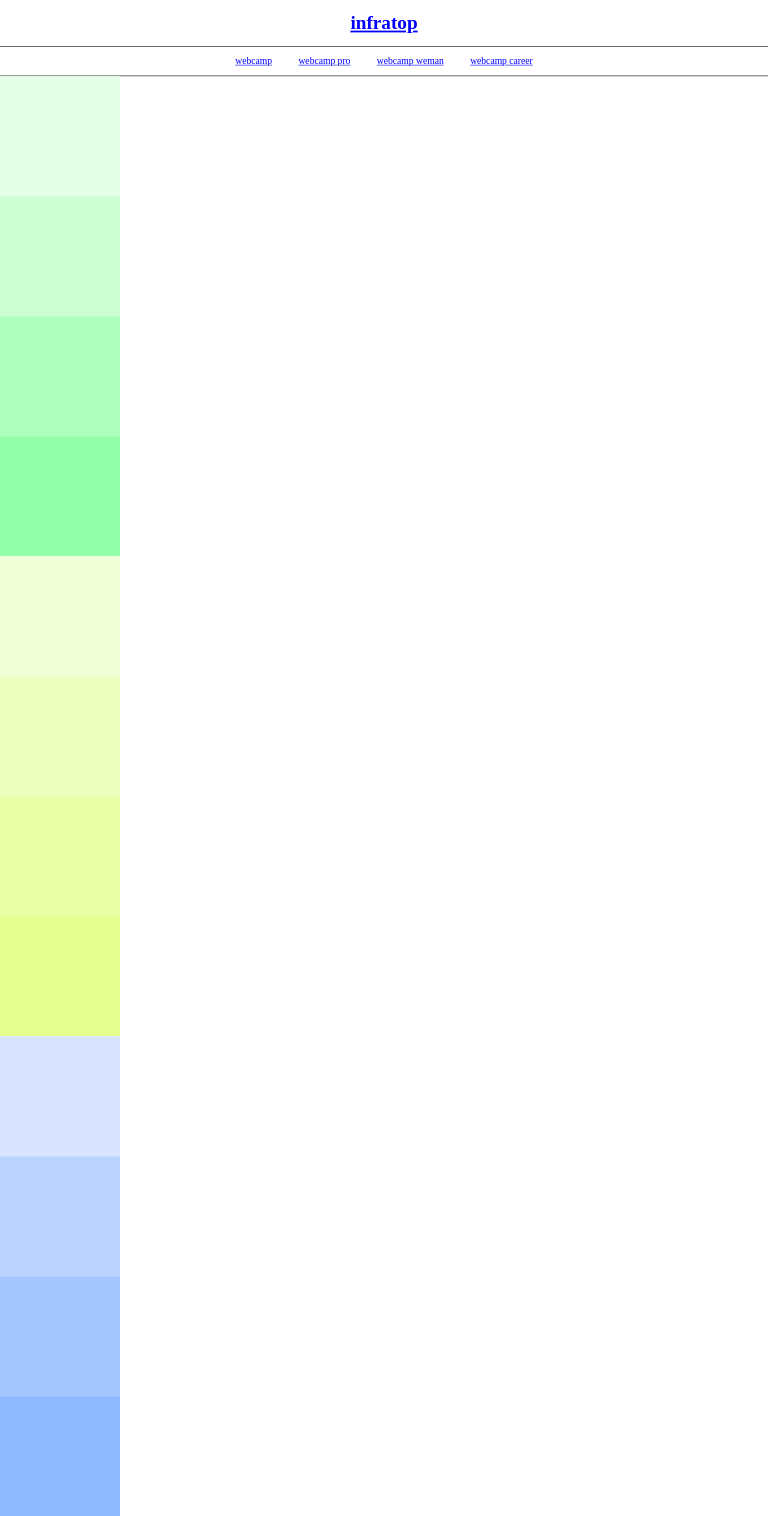
Repository: souta-miura/git-practice
Page: 1-5演習/1-5.html
The author's editor kept a record of every edit. The page is drawn from the files as they stood at one moment, then again after the next edit.
The browser window is 1280 px wide. The pictures show the whole page, at 60% of full size.

Above is the page before.

### 1-5演習/1-5.html
<!DOCTYPE html>
<html lang="ja">
  <head>
      <meta charset="UTF-8" />
      <link rel="stylesheet" href="1-5.css" />
      <title>chapter5</title>
  </head>

  <body>
      <header>
          <h1 class="heading">
              <a href="1-5.html">
                  infratop
              </a>
          </h1>
      </header>
      <nav>
          <ul class="nav-list">
              <li class="nav-list-item">
                <a href="1-5.html">webcamp</a>
              </li>
              <li class="nav-list-item">
                <a href="1-5.html">webcamp pro</a>
              </li>
              <li class="nav-list-item">
                <a href="1-5.html">webcamp weman</a>
              </li>
              <li class="nav-list-item">
                <a href="1-5.html">webcamp career</a>
              </li>
          </ul>
      </nav>
      <div class="main1">
        <div class="g1"></div>
        <div class="g2"></div>
        <div class="g3"></div>
        <div class="g4"></div>
        <div class="y1"></div>
        <div class="y2"></div>
        <div class="y3"></div>
        <div class="y4"></div>
        <div class="b1"></div>
        <div class="b2"></div>
        <div class="b3"></div>
        <div class="b4"></div>
  </body>
</html>

### 1-5演習/1-5.css
* {
  margin: 0;
  padding: 0;
  box-sizing: border-box;
}

a {
  color: blue;
}

header {
  width: 90%;
  padding: 20px 0;
  margin: 0 auto;
  text-align: center;
}

.nav-list {
  text-align: center;
  padding: 15px 0;
  margin: 0 auto;
  border-top: 1px solid black;
  border-bottom: 1px solid black;
}

.nav-list-item {
  list-style: none;
  display: inline-block;
  margin: 0 20px;
}

.main {
  width: 800px;
  margin: 50px auto;
  display: flex;
  flex-wrap: wrap;
}

.g1 {
  width: 200px;
  height: 200px;
  background-color: #e6ffe9;
}

.g2 {
  width: 200px;
  height: 200px;
  background-color: #cbffd3;
}

.g3 {
  width: 200px;
  height: 200px;
  background-color: #aeffbd;
}

.g4 {
  width: 200px;
  height: 200px;
  background-color: #93ffab;
}

.y1 {
  width: 200px;
  height: 200px;
  background-color: #f3ffd8;
}

.y2 {
  width: 200px;
  height: 200px;
  background-color: #edffbe;
}

.y3 {
  width: 200px;
  height: 200px;
  background-color: #e9ffa5;
}

.y4 {
  width: 200px;
  height: 200px;
  background-color: #e4ff8d;
}

.b1 {
  width: 200px;
  height: 200px;
  background-color: #d9e5ff;
}

.b2 {
  width: 200px;
  height: 200px;
  background-color: #bad3ff;
}

.b3 {
  width: 200px;
  height: 200px;
  background-color: #a4c6ff;
}

.b4 {
  width: 200px;
  height: 200px;
  background-color: #8eb8ff;
}

footer {
  width: 100%;
  height: 120px;
  text-align: center;
  line-height: 120px;
  background-color: #848282;
}

.footer-text {
  color: #fff;
}

After the next edit:
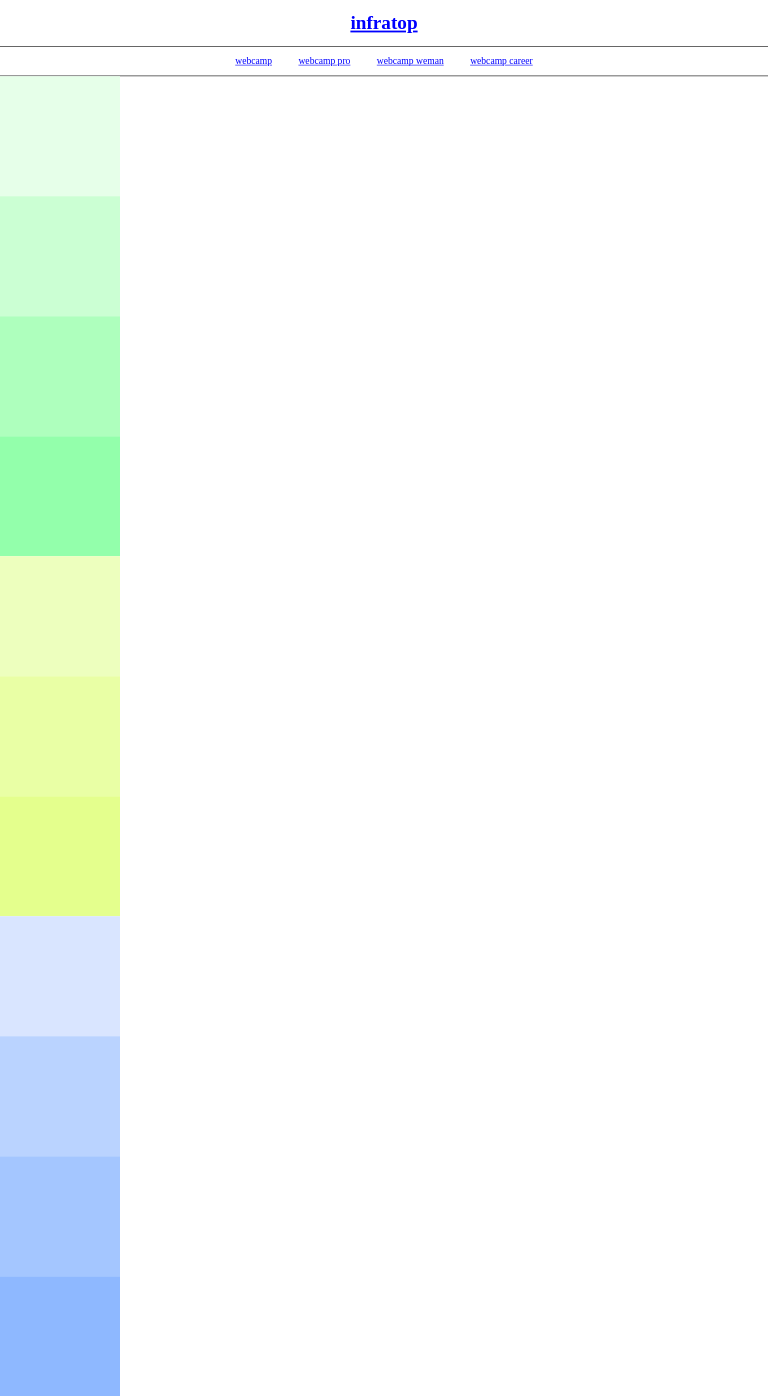
The edit:
--- a/1-5演習/1-5.html
+++ b/1-5演習/1-5.html
@@ -35,7 +35,6 @@
         <div class="g2"></div>
         <div class="g3"></div>
         <div class="g4"></div>
-        <div class="y1"></div>
         <div class="y2"></div>
         <div class="y3"></div>
         <div class="y4"></div>

After the 2 edits that followed:
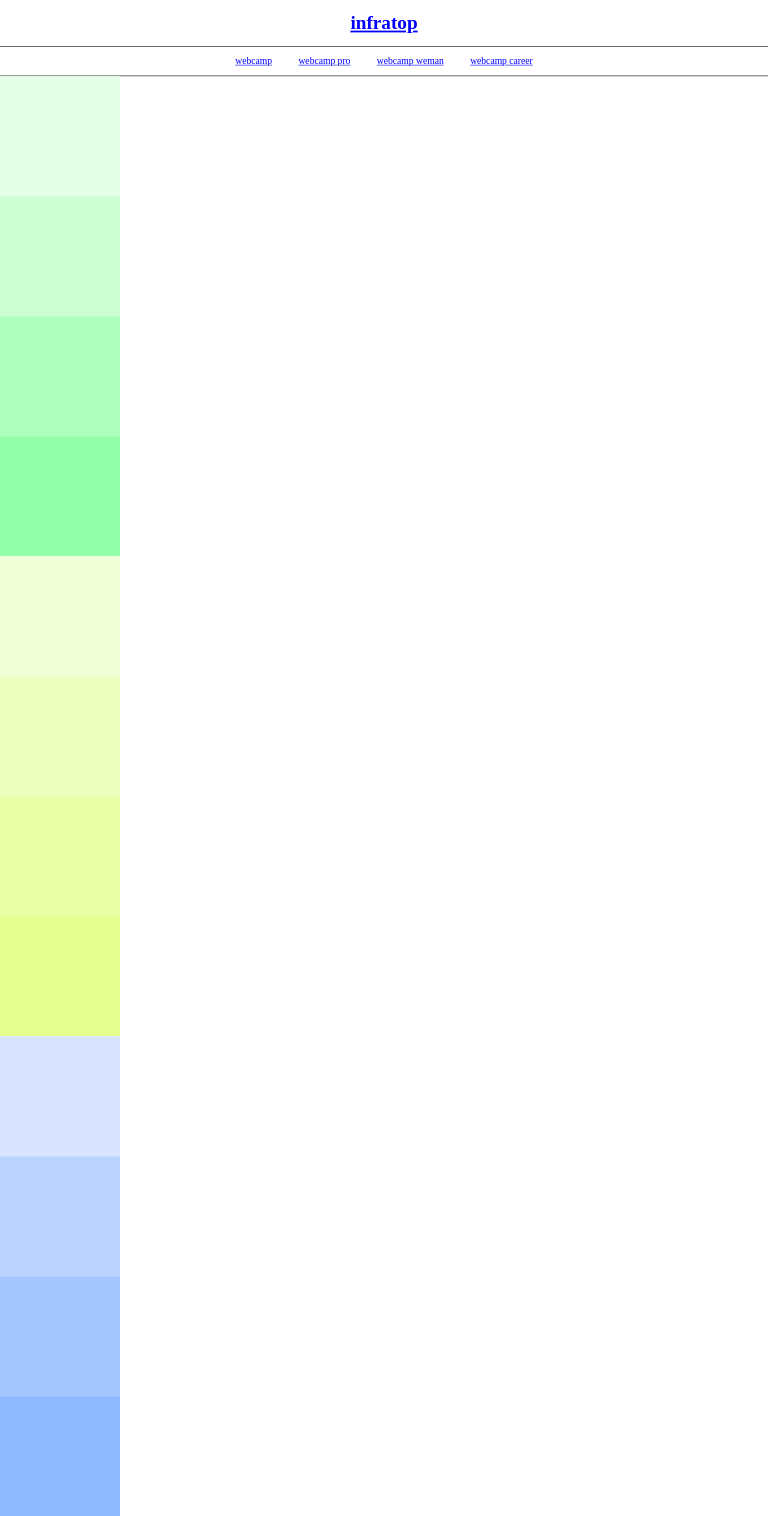
The 2 edits are shown as one change because 1 left the picture as it was.
The edit:
--- a/1-5演習/1-5.html
+++ b/1-5演習/1-5.html
@@ -35,6 +35,7 @@
         <div class="g2"></div>
         <div class="g3"></div>
         <div class="g4"></div>
+        <div class="y1"></div>
         <div class="y2"></div>
         <div class="y3"></div>
         <div class="y4"></div>
@@ -42,5 +43,5 @@
         <div class="b2"></div>
         <div class="b3"></div>
         <div class="b4"></div>
-  </body>
+      </div>
 </html>
